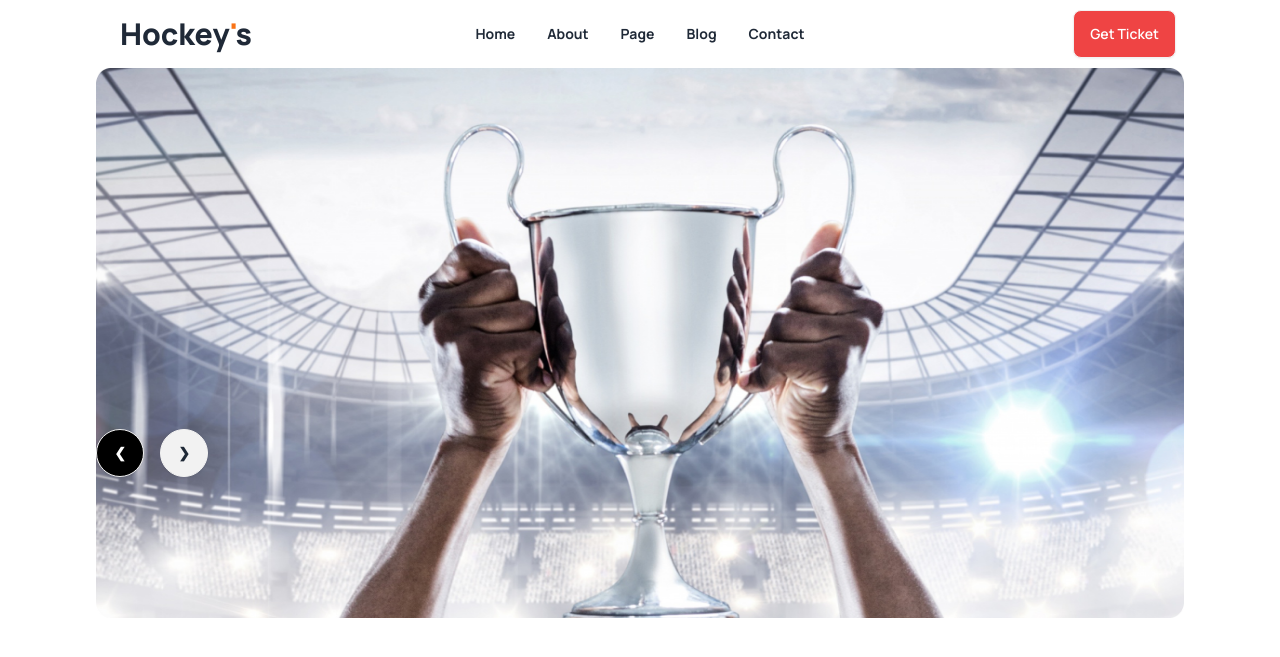
Repository: RudrasahaDibos/Hockey-
Page: index.html
The author's editor kept a copy of each file at every save. The page is drawn from the files as they stood at one save, then again after the next save.
The browser window is 1280 px wide. The pictures show the whole page.
Some web libraries are served in a nearby version.

Above is the page before, as saved 2024-10-23 19:09:12.

After the next save:
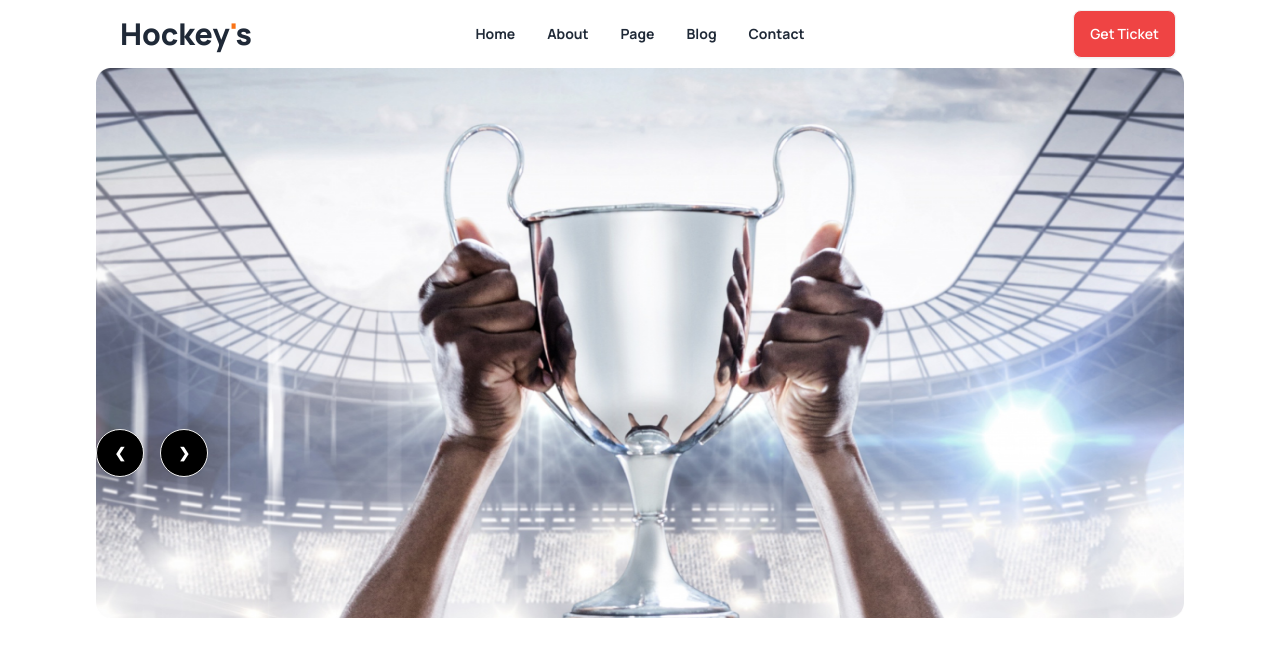
Saved 30 s later.
--- a/index.html
+++ b/index.html
@@ -97,7 +97,7 @@
                             class="w-full lg:h-[550px] " />
                           <div class="absolute left-0 right-0 top-[60%] flex -translate-y-1/2 transform gap-4">
                             <a href="#slide4" class="btn btn-circle  bg-black text-white">❮</a>
-                            <a href="#slide2" class="btn btn-circle">❯</a>
+                            <a href="#slide2" class="btn btn-circle bg-black text-white">❯</a>
                           </div>
                         </div>
                         <div id="slide2" class="carousel-item relative w-full">
